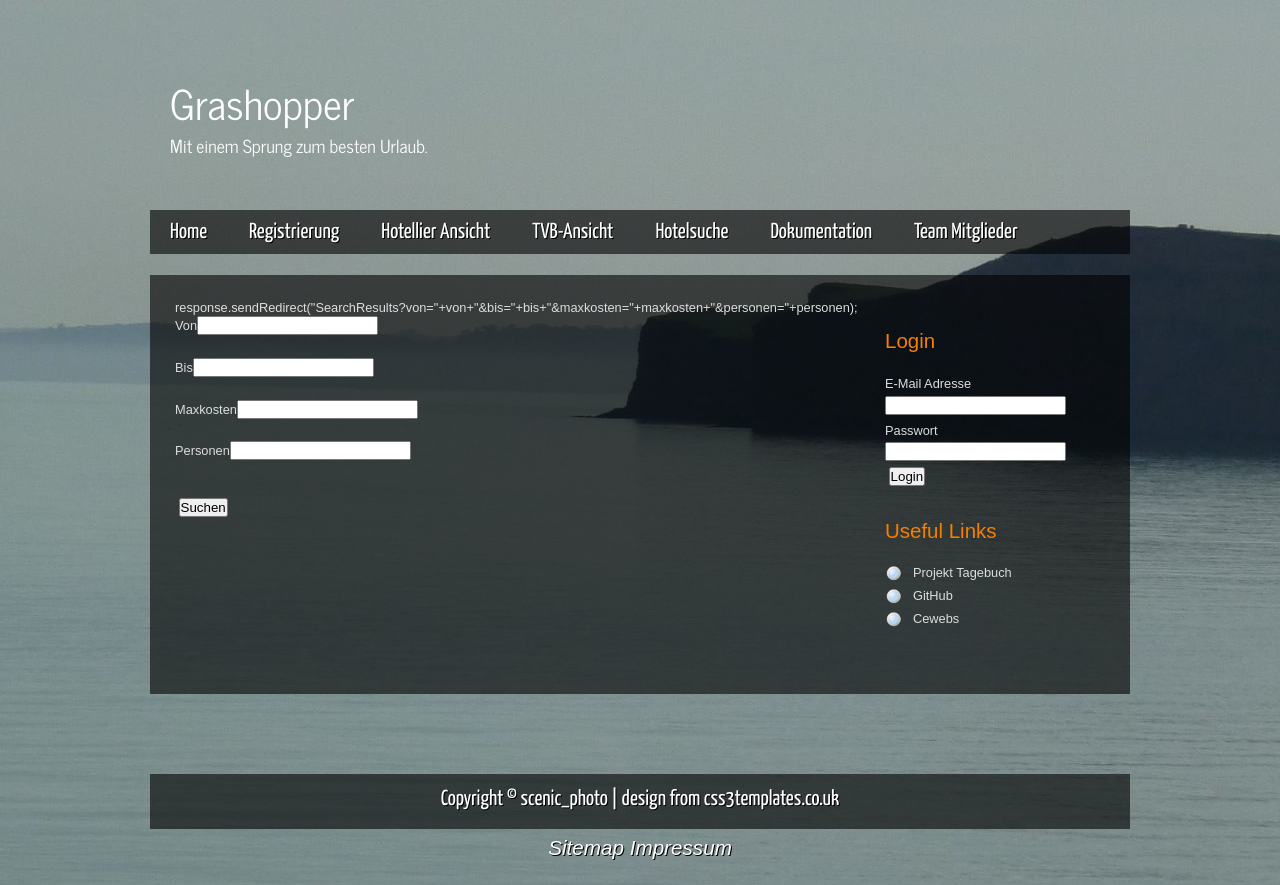
Repository: swe2013hotel2/grashopper
Page: http://localhost/Grasshopper/SearchPage.jsp
An editor plug-in stored every save of this project. The page is shown before and after the next save, followed by the edit.
The browser window is 1280 px wide. The pictures show the whole page.
Backgrounds fixed to the window are drawn as part of the page. The page is served by Tomcat 9. Other server files are loaded and not shown.

Above is the page before, as saved 2013-12-11 10:35:38.
Console error: ReferenceError: jQuery is not defined

### workspaceJSP2/Grasshopper/WebContent/SearchPage.jsp
<%@include file="header_template.jsp" %>

response.sendRedirect("SearchResults?von="+von+"&bis="+bis+"&maxkosten="+maxkosten+"&personen="+personen);

 <form action="SearchResults" action="SearchResults" method="post">

         <p><span>Von</span><input type="text" name="von" value="" /></p>
		 <p><span>Bis</span><input type="text" name="bis" value="" /></p>
       	 <p><span>Maxkosten</span><input type="text" name="maxkosten" value="" /></p>
      	 <p><span>Personen</span><input type="text" name="personen" value="" /></p>

        <p style="padding-top: 15px"><span>&nbsp;</span><input class="submit" type="submit" name="name" value="Suchen" onclick="redirect()"></p>

    </form>

<%@include file="footer_template.jsp" %>

### workspaceJSP2/Grasshopper/WebContent/header_template.jsp


<%String activePage = (String)request.getParameter("activePage"); %>

     <!DOCTYPE HTML>
<html>

<head>
  <title>Grashopper</title>
  <meta name="description" content="website description" />
  <meta name="keywords" content="website keywords, website keywords" />
  <meta http-equiv="content-type" content="text/html; charset=UTF-8" />
  <link rel="stylesheet" type="text/css" href="./css/style.css" />
  <!-- modernizr enables HTML5 elements and feature detects -->
  <script type="text/javascript" src="js/modernizr-1.5.min.js"></script>

</head>

<body>
  <div id="main">
    <header>
      <div id="logo">
        <div id="logo_text">
          <!-- class="logo_colour", allows you to change the colour of the text -->
          <h1><a href="index.jsp"> Grashopper </a></h1>
          <h2>Mit einem Sprung zum besten Urlaub.</h2>
        </div>
      </div>
      <nav>
        <div id="menu_container">
          <ul class="sf-menu" id="nav">

            <%if(activePage!=null && activePage.equals("index")) {%>
            	 <li><a href="index.jsp"  class="highlighted">Home</a></li>
            <%}
            else{ %>
             	<li><a href="index.jsp"  >Home</a></li>
            <%} %>

<%-- ------------------------------------------------------------------------------------------------------ --%>

            <%if(activePage!=null && activePage.equals("Registrierung")) {%>
            	<li><a href="Registrierung.jsp" class="highlighted">Registrierung</a></li>
            <%}
            else{ %>
             	<li><a href="Registrierung.jsp" >Registrierung</a></li>
            <%} %>
<%-- ------------------------------------------------------------------------------------------------------ --%>

            <%if(activePage!=null && activePage.equals("Hotellieransicht")) {%>
            	  <li><a href="Hotellieransicht.jsp" class="highlighted" >Hotellier Ansicht</a></li>
            <%}
            else{ %>
             	 <li><a href="Hotellieransicht.jsp" >Hotellier Ansicht</a></li>
            <%} %>
 <%-- ------------------------------------------------------------------------------------------------------ --%>

            <%if(activePage!=null && activePage.equals("TVBAnsicht")) {%>
            	  <li><a href="TVBansicht.jsp" class="highlighted" >TVB-Ansicht</a></li>
            <%}
            else{ %>
             	 <li><a href="TVBansicht.jsp" >TVB-Ansicht</a></li>
            <%} %>
 <%-- ------------------------------------------------------------------------------------------------------ --%>

            <%if(activePage!=null && activePage.equals("Hotelsuche")) {%>
            	  <li><a href="Hotelsuche.jsp"  >Hotelsuche</a></li>
            <%}
            else{ %>
             	 <li><a href="Hotelsuche.jsp"  >Hotelsuche</a></li>
            <%} %>
 <%-- ------------------------------------------------------------------------------------------------------ --%>



            <li><a href="#">Dokumentation</a>
              <ul>
                <li><a href="Projektplanung.pdf" target="_blank" >Projekt Planung</a></li>
                <li><a href="#">Projekt Details</a>
                  <ul>
                    <li><a href="Usecase_Diagramm.png">Use Case Diagramm</a></li>
                    <li><a href="Anforderungsanalyse.pdf">Anforderungsanalyse</a></li>

                    <li><a href="designmodell.pdf">Designmodell</a></li>
                  </ul>
                </li>
                <li><a href="#">Präsentationen</a>
                  <ul>
                    <li><a href="Presentation1.pdf">Präsentation 1</a></li>
                    <li><a href="Presentation2.pdf">Präsentation 2</a></li>
                    <li><a href="Presentation3.pdf">Präsentation 3</a></li>
                  </ul>
                </li>
                <li><a href="#">JDoc</a></li>
              </ul>
 <%-- ------------------------------------------------------------------------------------------------------ --%>

            <%if(activePage!=null && activePage.equals("Teammitglieder")) {%>
            	  <li><a href="Teammitglieder.jsp" class="highlighted" >Team Mitglieder</a></li>
            <%}
            else{ %>
             	 <li><a href="Teammitglieder.jsp" >Team Mitglieder</a></li>
            <%} %>
 <%-- ------------------------------------------------------------------------------------------------------ --%>

             </ul>
        </div>
      </nav>

    </header>
    <div id="site_content">
      <div id="sidebar_container">
        <div class="sidebar">
     		<%
     		String username=(String)session.getAttribute("username");
			if (username==null) {
			%>
				<jsp:include page="LoginForm.jsp" />
			<%
			} else { %>
				<jsp:include page="LogoutForm.jsp" />
			<%}
			%>

        </div>
        <div class="sidebar">
          <h2>Useful Links</h2>
          <ul>
            <li><a href="https://docs.google.com/spreadsheet/ccc?key=0AmtJOQ9DhchzdHJyaGRUaFpfZE9ydktJZmpzSjI2ZVE#gid=0">Projekt Tagebuch</a></li>
            <li><a href="https://github.com/swe2013hotel2/grashopper">GitHub</a></li>
            <li><a href="https://cewebs.cs.univie.ac.at/SWE/ws13/index.php?t=uebung">Cewebs</a></li>
          </ul>
        </div>
      </div>

### workspaceJSP2/Grasshopper/WebContent/footer_template.jsp
</div>
 </div>
    <footer>
      <p>Copyright &copy; scenic_photo | <a href="http://www.css3templates.co.uk">design from css3templates.co.uk</a></p>
      <p><h6><a href="#">Sitemap</a>   <a href="#">Impressum</a></h6></p>
    </footer>
  </div>
  <p>&nbsp;</p>
  <!-- javascript at the bottom for fast page loading -->

  <script type="text/javascript" src="js/jquery.easing-sooper.js"></script>
  <script type="text/javascript" src="js/jquery.sooperfish.js"></script>
  <script type="text/javascript">
    $(document).ready(function() {
      $('ul.sf-menu').sooperfish();

		$("#datepicker").datepicker({
			beforeShowDay: function(date) {
				var date1 = $.datepicker.parseDate($.datepicker._defaults.dateFormat, $("#input1").val());
				var date2 = $.datepicker.parseDate($.datepicker._defaults.dateFormat, $("#input2").val());
				return [true, date1 && ((date.getTime() == date1.getTime()) || (date2 && date >= date1 && date <= date2)) ? "dp-highlight" : ""];
			},
			onSelect: function(dateText, inst) {
				var date1 = $.datepicker.parseDate($.datepicker._defaults.dateFormat, $("#input1").val());
				var date2 = $.datepicker.parseDate($.datepicker._defaults.dateFormat, $("#input2").val());
				if (!date1 || date2) {
					$("#input1").val(dateText);
					$("#input2").val("");
					$(this).datepicker("option", "minDate", dateText);
				} else {
					$("#input2").val(dateText);
					$(this).datepicker("option", "minDate", null);
				}
			}
		});
		$("#form").validationEngine();
    });
</script>
</body>
</html>

### workspaceJSP2/Grasshopper/WebContent/LoginForm.jsp
<h2>Login</h2>
<form name="loginform" action="Login" method="post">
<p style="padding-top: 0px; padding-bottom: 3px"><span >E-Mail Adresse<br></span><input type="text" name="username" value="" /></p>
<p style="padding-top: 0px; padding-bottom: 3px"><span >Passwort<br></span><input type="password" name="password" value="" /></p>
<p style="padding-top: 0px; padding-bottom: 0px"><span>&nbsp;</span><input class="submit" type="submit" name="name" value="Login" /></p>
</form>

### workspaceJSP2/Grasshopper/WebContent/css/style.css
@font-face {
  font-family: Yanone Kaffeesatz;
    src: url('../fonts/YanoneKaffeesatz-Regular.eot');
    src: local("Yanone Kaffeesatz"), url('../fonts/YanoneKaffeesatz-Regular.ttf');
}

@font-face {
  font-family: News Cycle;
    src: url('../fonts/NewsCycle-Regular.eot');
    src: local("News Cycle"), url('../fonts/NewsCycle-Regular.ttf');
}

html {
  height: 100%;
}

* {
  margin: 0;
  padding: 0;
}

/* tell the browser to render HTML 5 elements as block */
article, aside, figure, footer, header, hgroup, nav, section {
  display:block;
}

body {
  font: normal .80em arial, sans-serif;
  background: #FFF url(../images/back.jpg) no-repeat center fixed;
  color: #DDD;
}

p {
  padding: 0 0 20px 0;
  line-height: 1.7em;
}

img {
  border: 0;
}

h1, h2, h3, h4, h5, h6 {
  color: #362C20;
  letter-spacing: 0em;
  padding: 0 0 5px 0;
}

h1, h2, h3 {
  font: normal 140% arial, sans-serif;
  margin: 0 0 15px 0;
  padding: 15px 0 5px 0;
  color: #FFF;
}

h2 {
  font-size: 160%;
  padding: 9px 0 5px 0;
  color: #F67F00;
}

h3 {
  font-size: 140%;
  padding: 5px 0 0 0;
}

h4, h6 {
  color: #F67F00;
  padding: 0 0 5px 0;
  font: normal 150% 'Yanone kaffeesatz', arial, sans-serif;
}

h5, h6 {
  color: #888;
  font: italic 95% arial, sans-serif;
  letter-spacing: normal;
  padding: 0 0 15px 0;
}

a, a:hover {
  outline: none;
  text-decoration: underline;
  color: #09D4FF;
}

a:hover {
  text-decoration: none;
}

blockquote {
  margin: 20px 0;
  padding: 10px 20px 0 20px;
  border: 1px solid #E5E5DB;
  background: #FFF;
}

ul {
  margin: 2px 0 22px 17px;
}

ul li {
  list-style-type: circle;
  margin: 0 0 6px 0;
  padding: 0 0 4px 5px;
  line-height: 1.5em;
}

ol {
  margin: 8px 0 22px 20px;
}

ol li {
  margin: 0 0 11px 0;
}

.left {
  float: left;
  width: auto;
  margin-right: 10px;
}

.right {
  float: right;
  width: auto;
  margin-left: 10px;
}

.center {
  display: block;
  text-align: center;
  margin: 20px auto;
}

#main, nav, #container, #logo, #site_content, footer {
  margin-left: auto;
  margin-right: auto;
}

#main {
  margin: 50px auto;
  width: 980px;
  padding-bottom: 30px;
}

header {
  background: transparent;
  height: 225px;

}

#logo {
  width: 330px;
  float: left;
  height: 100px;
  color: #888;
  padding: 20px;
  margin-bottom: 20px;
}

#logo h1, #logo h2 {
  font: normal 320% 'News Cycle', arial, sans-serif;
  border-bottom: 0;
  text-transform: none;
  margin: 0;
}

#logo_text h1, #logo_text h1 a, #logo_text h1 a:hover {
  padding: 0;
  color: #FFF;
  text-decoration: none;
}

#logo_text h1 a .logo_colour {
  color: #09D4FF;
}

#logo_text a:hover .logo_colour {
  color: #FFF;
}

#logo_text h2 {
  font-size: 140%;
  padding: 0 0 0 0;
  color: #FFF;
}

nav {
  float: left;
  height: 44px;
  width: 980px;
  margin: 0 auto 0 auto;
  color: #FFF;
  background: transparent url(../images/transparent.png);
}

#menu_container {
  width: 980px;
  margin: 0 auto 0 auto;
}




#site_content {
  width: 930px;
  overflow: hidden;
  margin: 0px auto 0 auto;
  padding: 25px;
  background: transparent url(../images/transparent.png);
}

#sidebar_container {
  float: right;
  width: 224px;
  padding: 20px 5px 0 0;
}


.sidebar {
  float: right;
  width: 200px;
  margin: 0 0 17px 0;
  padding: 0 15px 5px 13px;
}

.sidebar h3, .content h1 {
  padding: 0 15px 20px 0;
  font: 200% 'News Cycle', arial, sans-serif;
  text-shadow:  #000 1px 1px;
  margin: 0 1px;
  color: #FFF;
}

.sidebar h3 {
  padding: 0 15px 14px 0;
  color: #FFF;
  font: 230% 'News Cycle', arial, sans-serif;
}

.sidebar ul {
  margin: 0 0 15px 0;
}

.sidebar li a, .sidebar li a:hover {
  color: #DDD;
  text-decoration: none;
}

.sidebar li a:hover {
  text-decoration: underline;
}

.sidebar_item, .content_item {
  padding: 15px 0;
}

.paperclip {
  float: left;
  position: relative;
  z-index: 0;
  vertical-align: middle;
  margin: -15px 0 -60px -40px;
}

.content {
  text-align: left;
  width: 630px;
  margin: 0 0 15px 0;
  float: left;
  font-size: 120%;
  padding: 14px 0 0 0;
}

.content ul {
  margin: 2px 0 22px 0px;
}

.content ul li, .sidebar ul li {
  list-style-type: none;
  background: url(../images/bullet.png) no-repeat;
  margin: 0 0 0 0;
  padding: 0 0 4px 28px;
  line-height: 1.5em;
}

.register_menu_container {
  text-align: left;
  width: 630px;
  margin: 0 0 15px 0;
  float: left;
  font-size: 120%;
  padding: 14px 0 0 0;
}


.register_menu_container ul{
  margin: 2px 0 22px 0px;
}

.register_menu_container ul li{
  list-style-type: none;
  margin: 0 0 0 0;
  padding: 0 0 4px 28px;
  line-height: 1.5em;
}

footer {
  width: 980px;
  font: 170% 'Yanone Kaffeesatz', arial, sans-serif;
  text-shadow: 1px 1px #000;
  height: 30px;
  padding: 5px 0 20px 0;
  text-align: center;
  color: #FFF;
  margin-top: 25px;
  background: transparent url(../images/transparent.png);
}

footer p {
  line-height: 1.7em;
  padding: 0 0 10px 0;
}

footer a {
  color: #FFF;
  text-decoration: none;
}

footer a:hover {
  color: #FFF;
  text-decoration: underline;
}

.form_settings {
  margin: 15px 0 0 0;
}


.form_settings p {
  padding: 0 0 4px 0;
}

.form_settings span {
  float: left;
  width: 200px;
  text-align: left;
}

.form_settings input, .form_settings textarea {
  padding: 5px;
  width: 299px;
  font: 100% arial;
  border: 1px solid #C6E7F0;
  background: #EFF8FB;
  color: #47433F;
  border-radius: 7px 7px 7px 7px;
  -moz-border-radius: 7px 7px 7px 7px;
  -webkit-border: 7px 7px 7px 7px;
}

.form_settings .submit {
  font: 140% 'Yanone Kaffeesatz', arial, sans-serif;
  border: 0;
  width: 99px;
  margin: 0 0 0 212px;
  height: 33px;
  padding: 2px 0 3px 0;
  cursor: pointer;
  background: #1EC9F4;
  -webkit-border-radius: .5em .5em .5em .5em ;
  -moz-border-radius: .5em .5em .5em .5em ;
  border-radius: .5em .5em .5em .5em ;
  -webkit-box-shadow: 0 1px 2px rgba(0,0,0,.2);
  -moz-box-shadow: 0 1px 2px rgba(0,0,0,.2);
  box-shadow: 0 1px 2px rgba(0,0,0,.2);
  color: #FFF;
  border: solid 1px #0D8AA9;
  background: #46C4DD;
  background: -webkit-gradient(linear, left top, left bottom, from(#63CFDF), to(#17B2D9));
  background: -moz-linear-gradient(top,  #63CFDF,  #17B2D9);
  text-shadow: 1px 1px #178497;
}

.form_settings textarea, .form_settings select {
  font: 100% arial;
  width: 299px;
}

.form_settings select {
  width: 310px;
}



.form_settings .checkbox {
  margin: 4px 0;
  padding: 0;
  width: 14px;
  border: 0;
  background: none;
}

.separator {
  width: 100%;
  height: 0;
  border-top: 1px solid #D9D5CF;
  border-bottom: 1px solid #FFF;
  margin: 0 0 20px 0;
}

table {
  margin: 10px 0 30px 0;
}

table tr th, table tr td {
  background: #70D4E6;
  color: #FFF;
  padding: 7px 4px;
  text-align: left;
}

table tr td {
  background: #D3F2F7;
  color: #47433F;
  border-top: 1px solid #FFF;
}





/**
Stylesheet for SooperFish by www.SooperThemes.com
Author: Jurriaan Roelofs
**/

/* Configuration of menu width */
html body ul.sf-menu ul,html body ul.sf-menu ul li {
  width: 200px;
}

html body ul.sf-menu ul ul {
  margin: 0 0 0 200px;
}

/* Framework for proper showing/hiding/positioning */
ul.sf-menu,ul.sf-menu * {
  margin: 0;
  padding: 0;
}

ul.sf-menu {
  display: block;
  position: relative;
}

ul.sf-menu li {
  display: block;
  list-style: none;
  float: left;
  position: relative;
}

ul.sf-menu li:hover {
  visibility: inherit; /* fixes IE7 'sticky bug' */
}

ul.sf-menu a {
  display: block;
  position: relative;
}

ul.sf-menu ul {
  position: absolute;
  left: 0;
  width: 150px;
  top: auto;
  left: -999999px;
}

ul.sf-menu ul a {
  zoom: 1; /* IE6/7 fix */
}

ul.sf-menu ul li {
  float: left; /* Must always be floated otherwise there will be a rogue 1px margin-bottom in IE6/7 */
  width: 150px;
}

ul.sf-menu ul ul {
  top: 0;
  margin: 0 0 0 150px;
}

ul.sf-menu li:hover ul,ul.sf-menu li:focus ul,ul.sf-menu li.sf-hover ul,
ul.sf-menu ul li:hover ul,ul.sf-menu ul li:focus ul,ul.sf-menu ul li.sf-hover ul,
ul.sf-menu ul ul li:hover ul,ul.sf-menu ul ul li:focus ul,ul.sf-menu ul ul li.sf-hover ul,
ul.sf-menu ul ul ul li:hover ul,ul.sf-menu ul ul ul li:focus ul,ul.sf-menu ul ul ul li.sf-hover ul {
  left: auto;
}

ul.sf-menu li:hover ul ul,ul.sf-menu li:focus ul ul,ul.sf-menu li.sf-hover ul ul,
ul.sf-menu ul li:hover ul ul,ul.sf-menu ul li:focus ul ul,ul.sf-menu ul li.sf-hover ul ul,
ul.sf-menu ul ul li:hover ul ul,ul.sf-menu ul ul li:focus ul ul,ul.sf-menu ul ul li.sf-hover ul ul,
ul.sf-menu ul ul ul li:hover ul ul,ul.sf-menu ul ul ul li:focus ul ul,ul.sf-menu ul ul ul li.sf-hover ul ul {
  left: -999999px;
}

/* autoArrows CSS */
span.sf-arrow {
  width: 7px;
  height: 7px;
  position: absolute;
  top: 20px;
  right: 5px;
  display: block;
  background: url(../images/arrows-white.png) no-repeat 0 0;
  overflow: hidden; /* making sure IE6 doesn't overflow and expand the box */
  font-size: 1px;
}

ul ul span.sf-arrow {
  right: 10;
  top: 20px;
  background-position: 0 100%;
}

/* Theming the menu */
ul#nav {
  float: left;
}

ul#nav ul {
  background: #0DBBD5;
  margin-top: 5px;
  padding-bottom: 15px;
}

ul#nav li a {
  padding:7px 20px 6px 20px;
  font: 170% 'Yanone Kaffeesatz', arial, sans-serif;
  text-shadow: 1px 1px #000;
  text-decoration: none;
  color: #FFF;
  margin-right: 2px;
}

ul#nav li a.highlighted {
  padding:7px 20px 6px 20px;
  font: 170% 'Yanone Kaffeesatz', arial, sans-serif;
  text-shadow: 1px 1px #000;
  text-decoration: none;
  color: #F67F00;
  margin-right: 2px;
}




ul#nav li a:hover,ul#nav li a:focus {
  color: #0DBBD5;
  text-shadow: none;
}

ul#nav ul li a:hover,ul#nav ul li a:focus {
  color: #222;
  text-shadow: none;
}



/* Theming the menu */
ul#nav2 {
  float: left;
}

ul#nav2 ul {
  background: #0DBBD5;
  margin-top: 5px;
  padding-bottom: 15px;
}

ul#nav2 li a {
  padding:7px 20px 6px 20px;
  font: 170% 'Yanone Kaffeesatz', arial, sans-serif;
  text-shadow: 1px 1px #000;
  text-decoration: none;
  color: #FFF;
  margin-right: 2px;
}

ul#nav2 li a.highlighted {
  padding:7px 20px 6px 20px;
  font: 170% 'Yanone Kaffeesatz', arial, sans-serif;
  text-shadow: 1px 1px #000;
  text-decoration: none;
  color: #F67F00;
  margin-right: 2px;
}

.highlighted{
	color: #F67F00;
}

ul#nav2 li a:hover,ul#nav li a:focus {
  color: #0DBBD5;
  text-shadow: none;
}

ul#nav2 ul li a:hover,ul#nav ul li a:focus {
  color: #222;
  text-shadow: none;
}





div#result_row{
	width: 600px;
	height: 120px;
	color: #888;
	padding: 0px;
	margin-bottom: 0px;
}

.resultcolumn img{
	height: 90px;
	width: auto;
	padding: 5px;
}
div.resultcolumn{
	float: left;
	height: 100px;
	width: 30%;
	padding: 10px;
}



div#result_row ul {
	height: 50px;
	width: auto;
	padding: 0 0 0 0;
}

.result_column ul {
	height: 50px;
	width: 80px;
	padding: 0 0 0 0;
	text-align: center;
}

.result_column h2 {
	font-size: 140%;
	padding: 0 0 0 0;
	padding-bottom: 0px;
	margin-left: 20px;
}

.result_column a{
	text-decoration: none;
	color: black;
	font-weight: bold;
}

.result_column ul li{
	text-decoration: none;
	list-style: none;
	witdh: 30px;
	height: 15px;
	color: #b97801;
	border-style: solid;
	border-color: orange;
	border-radius: 3px;
	background-color: orange;
}

#detail_foto{
	float: left;
	height: 240px;
	width: 50%;
	padding: 0 0 0 0 ;
	margin-top: 20px;
}

#detail_foto img{
	width: 80%;
	height: auto;
	padding:0 0 0 0;
}

#detail_summary{
	float: left;
	height: 240px;
	width: 50%;
	margin-top: 20px;
}

a.actionbutton{
	text-decoration: none;
	float: right;
	padding: 5px;
	background-color: orange;
	margin: 10px;
	color: black;
	border-radius: 3px;
}
a.actionbutton{
	text-decoration: none;
	float: left;
	padding: 5px;
	background-color: orange;
	margin: 10px;
	color: black;
	border-radius: 3px;
}
a.deactivatedbutton{
	text-decoration: none;
	float: left;
	padding: 5px;
	background-color: lightgrey;
	margin: 10px;
	color: grey;
	border-radius: 3px;
}

div.statistic_bar
{
	background-color: blue;
	height: 15px;
	padding-top:2px;
	padding-bottom:2px;
}

#description_container{
	float: left;
	width: 95%;
	margin-top: 20px;
	margin-left: 20px;
}

Loaded but not shown: workspaceJSP2/Grasshopper/WebContent/js/modernizr-1.5.min.js (library); workspaceJSP2/Grasshopper/WebContent/js/jquery.easing-sooper.js (library); workspaceJSP2/Grasshopper/WebContent/js/jquery.sooperfish.js (library)

After the next save:
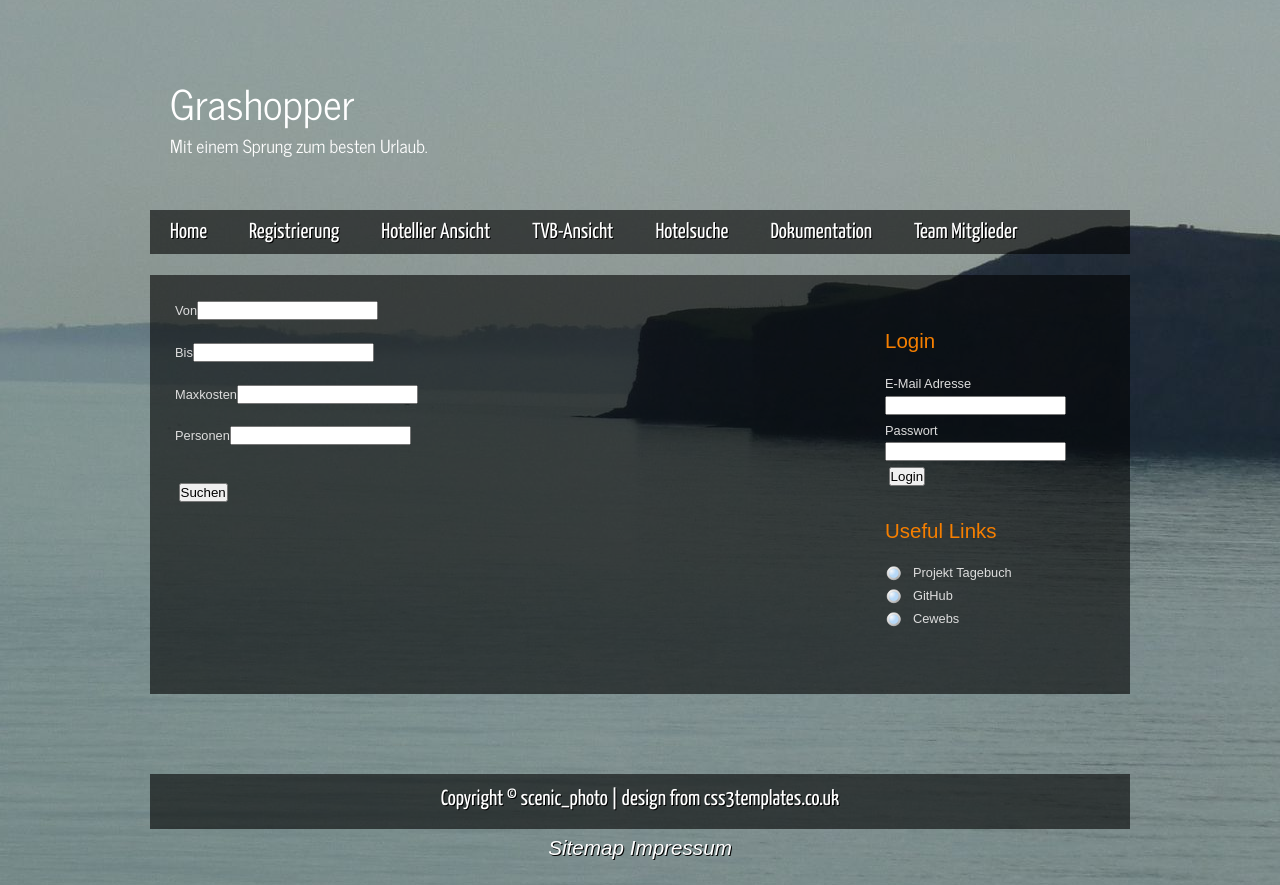
Saved 10 s later.
--- a/workspaceJSP2/Grasshopper/WebContent/SearchPage.jsp
+++ b/workspaceJSP2/Grasshopper/WebContent/SearchPage.jsp
@@ -1,6 +1,5 @@
 <%@include file="header_template.jsp" %>
 
-response.sendRedirect("SearchResults?von="+von+"&bis="+bis+"&maxkosten="+maxkosten+"&personen="+personen);
 
  <form action="SearchResults" action="SearchResults" method="post">
 
